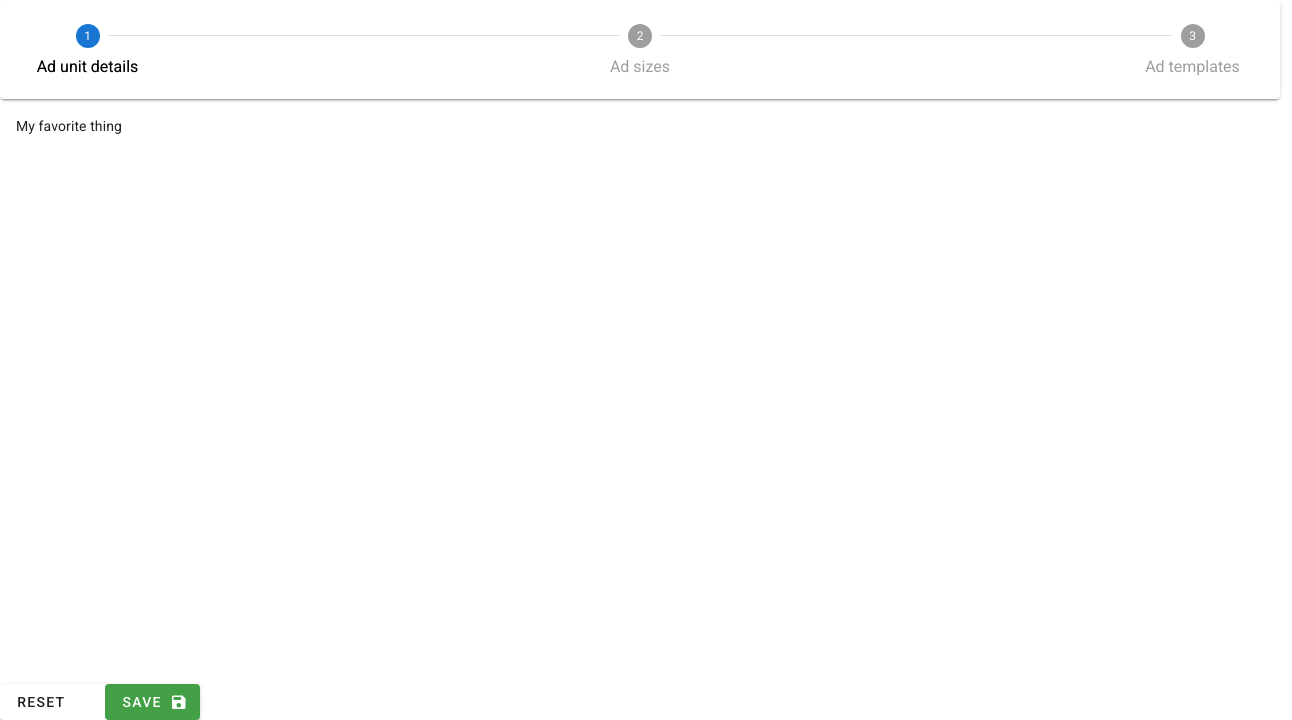
Repository: SidneyHodieb/myc
Page: /addsource
These files come from the project's save history. The page is drawn as it stood at one moment and after the next save; the edit follows.
The browser window is 1280 px wide. The page is 1280 px wide, then 1292 px, so the pictures cover 1292 px, including what lies to the right of the window. The pictures show the whole page.
The project was rebuilt for these pictures with package versions that can differ from the ones it lists, and the page was loaded fresh each time. Also part of the build but not shown: vue.config.js, src/views/Home.vue, src/views/addSource/components/format.vue, src/views/addSource/components/card.vue, src/views/addSource/components/trigger.vue.

Above is the page before, as saved 2021-04-03 19:15:14.

### src/App.vue
<template>
  <v-app>
    <v-main>
      <router-view></router-view>
    </v-main>
  </v-app>
</template>

<script>

export default {
  name: 'App',
  data: () => ({
    //
  }),
};
</script>

### src/router/index.js
import Vue from 'vue'
import VueRouter from 'vue-router'
import Home from '../views/Home.vue'
import addSource from '../views/addSource/column'
import format from '../views/addSource/components/format'
import card from '../views/addSource/components/card'
import trigger from '../views/addSource/components/trigger'

Vue.use(VueRouter)

const routes = [
  {
    path: '/',
    name: 'Home',
    component: Home
  },
  {
    path: '/addsource',
    name: 'addSource',
    component: addSource,
    children: [
      {
        path: 'format',
        component: format
      },
      {
        path: 'card',
        component: card
      },
      {
        path: 'trigger',
        component: trigger
      }
    ]
  },
  {
    path: '/about',
    name: 'About',
    // route level code-splitting
    // this generates a separate chunk (about.[hash].js) for this route
    // which is lazy-loaded when the route is visited.
    component: function () {
      return import(/* webpackChunkName: "about" */ '../views/About.vue')
    }
  }
]

const router = new VueRouter({
  mode: 'history',
  base: process.env.BASE_URL,
  routes
})

export default router

### src/views/addSource/column.vue
<template>
  <div>
    <!-- Header -->
      <v-stepper alt-labels>
          <v-stepper-header>
            <v-stepper-step step="1">
              Ad unit details
            </v-stepper-step>

            <v-divider></v-divider>

            <v-stepper-step step="2">
              Ad sizes
            </v-stepper-step>

            <v-divider></v-divider>

            <v-stepper-step step="3">
              Ad templates
            </v-stepper-step>
          </v-stepper-header>
        </v-stepper>

        <!-- Content -->
        <v-card-text>My favorite thing</v-card-text>
        <router-view></router-view>
        <!--Footer  -->


      <!-- <v-row class="">
        <v-col>
          <v-btn
      rounded
      outlined
      color="indigo"
    >
     <v-icon left>
        mdi-arrow-left
      </v-icon>
      Précedent
    </v-btn>
        </v-col>
        <v-col>
          <v-btn
      rounded
      color="primary"
      dark
    >
      Suivant
    </v-btn>
        </v-col>
      </v-row> -->

<v-card style="position:fixed; bottom:0">

    <v-row>
       <v-col >
      <v-btn
        text
        @click="tree = []"
      >
        Reset
      </v-btn>
       </v-col>
    <!--   <v-spacer></v-spacer> -->
  <v-col >
      <v-btn
        class="white--text"
        color="green darken-1"
        depressed
      >
        Save
        <v-icon right>
          mdi-content-save
        </v-icon>
      </v-btn>
      </v-col>
      </v-row>
    </v-card>
   <!--  <v-sheet
      id="scroll-threshold-example"
      class="overflow-y-auto pb-16"
      max-height="600"
    >
      <v-responsive height="1500"></v-responsive>
    </v-sheet> -->
  </div>
</template>

<script>
export default {

}
</script>

<style>

</style>

Loaded but not shown: public/index.html (common file); src/main.js (common file); src/store/index.js (common file); src/plugins/vuetify.js (common file)

After the next save:
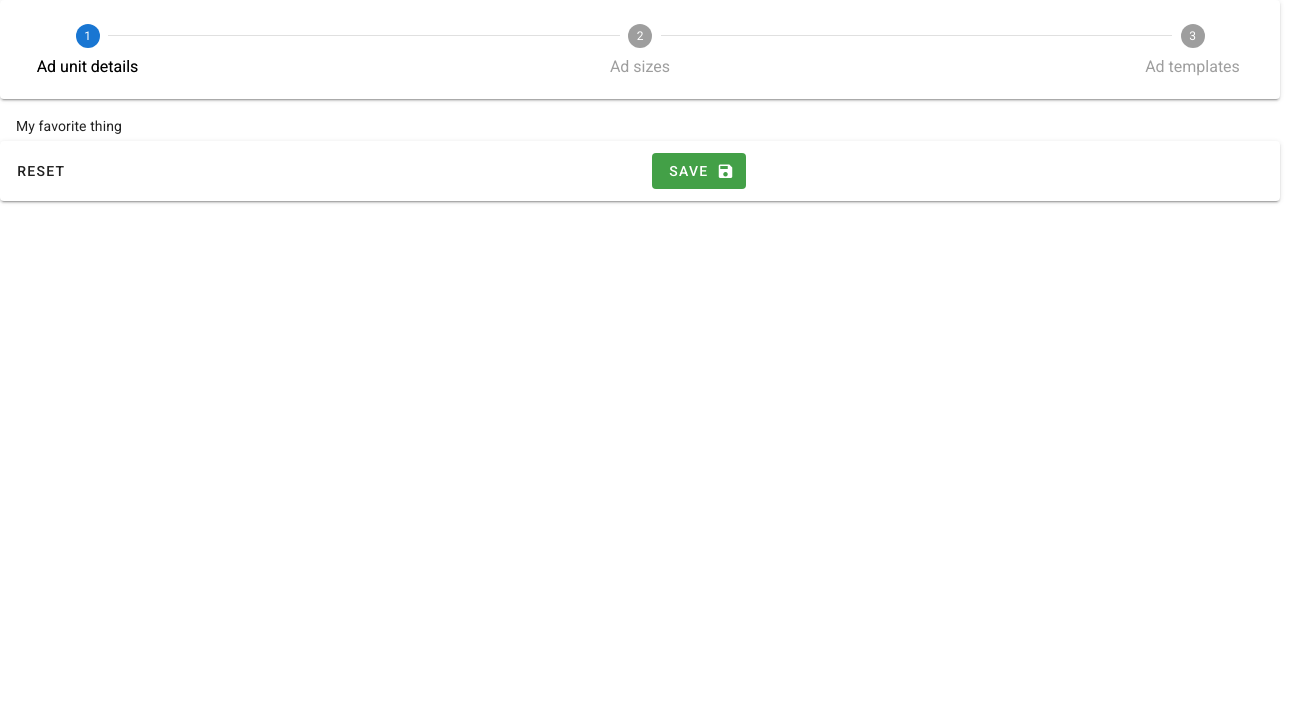
Saved 17 s later.
--- a/src/views/addSource/column.vue
+++ b/src/views/addSource/column.vue
@@ -51,7 +51,7 @@
         </v-col>
       </v-row> -->
 
-<v-card style="position:fixed; bottom:0">
+<v-card >
 
     <v-row>
        <v-col >
